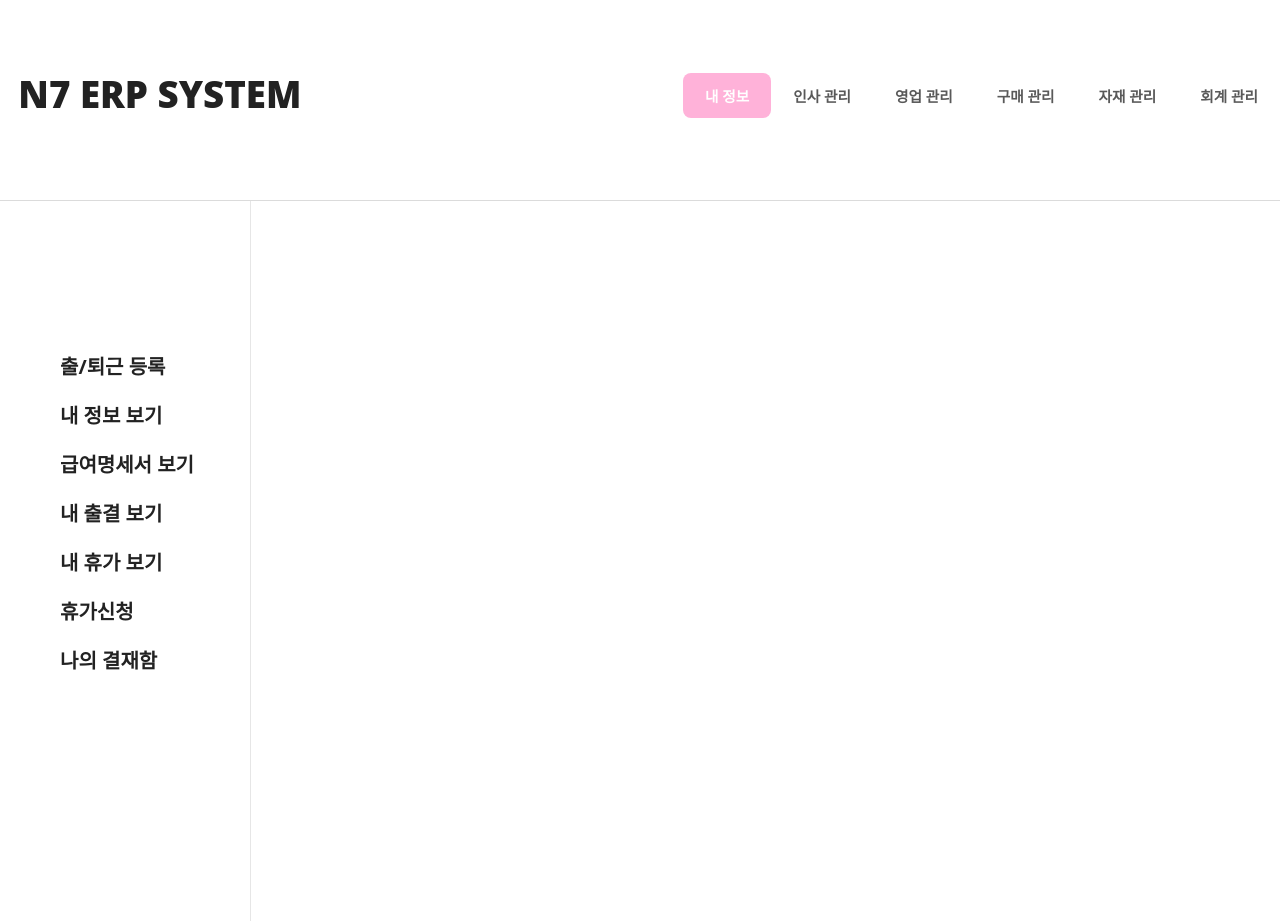
Repository: 100sayung/erpn7
Page: http://localhost/N7_ERPProject/WEB-INF/views/myInfo/myHoliday.jsp
These files come from the project's save history. The page is drawn as it stood at one moment and after the next save; the edit follows.
The browser window is 1280 px wide. The pictures show the whole page.
The page is served by Tomcat 9. Nobody is signed in. Other server files are loaded and not shown. The template is opened directly, without the code that normally fills it, so the values that code supplies are empty.

Above is the page before, as saved 2020-09-17 01:50:26.

### N7_ERPProject/src/main/webapp/WEB-INF/views/myInfo/myHoliday.jsp
<%@ page language="java" contentType="text/html; charset=UTF-8"
	pageEncoding="UTF-8"%>
<%@ taglib uri="http://java.sun.com/jsp/jstl/core" prefix="c"%>
<!DOCTYPE html>
<html lang="en">
<head>
<meta charset="UTF-8">
<title>Document</title>
<script
	src="https://ajax.googleapis.com/ajax/libs/jquery/3.5.1/jquery.min.js"></script>
<link href="/erp/css/default.css" rel="stylesheet" type="text/css"
	media="all" />
<style>
#header {
	width: 100%;
	height: 200px;
}

#side_menu {
	height: 100%;
	width: 250px;
	font-size: 20px;
	font-weight: bolder;
	float: left;
	border-right:1px solid #E6E6E6;
}

#side_menu #menuList {
	list-style: none;
	margin-top: 150px;
}

#side_menu #menuList li {
	margin: 20px;
}

a {
	text-decoration: none;
}

#description {
	float: left;
	height: 100%;
	width: 800px;
}

ul {
	list-style: none;
}
.attendance{
	border: 1px solid black;
}
</style>
</head>
<body>
	<div id="header">
		<div id="logo">
			<h1>
				<a href="#">N7 ERP SYSTEM</a>
			</h1>
		</div>
		<div id="menu">
			<ul>
				<li class="current_page_item"><a href="/erp/myInfo/myInfo" accesskey="4" title="">내 정보</a></li>
				<li><a href="/erp/hr/hr" accesskey="2"
					title="">인사 관리</a></li>
				<li><a href="#" accesskey="3" title="">영업 관리</a></li>
				<li><a href="#" accesskey="5" title="">구매 관리</a></li>
				<li><a href="#" accesskey="6" title="">자재 관리</a></li>
				<li><a href="#">회계 관리</a></li>
			</ul>
		</div>
	</div>
	<div id="side_menu">
		<ul id="menuList">
			<li><a href="/erp/myinfo/checkattendance">출/퇴근 등록</a></li>
			<li><a href="/erp/myinfo/myinfo">내 정보 보기</a></li>
			<li><a href="#">급여명세서 보기</li>
			<li><a href="/erp/myinfo/myattendance">내 출결 보기</a></li>
			<li><a href="/erp/myinfo/myholiday">내 휴가 보기</a></li>
			<li><a href="/erp/myinfo/applyholiday">휴가신청</a></li>
			<li><a href="/erp/myinfo/mydocument">나의 결재함</a></li>
		</ul>
	</div>
	<div id="description"
		사원들 휴가 등록된거 보는 화면임~!

		<table align="center" id="calendar">
			<tr>
				<td><font size=1%; color="#B3B6B3"><label
						onclick="beforem()" id="before"></label></font></td>
				<td colspan="5" align="center" id="yearmonth"></td>
				<td><font size=1%; color="#B3B6B3"><label
						onclick="nextm()" id="next"></label></font></td>
			</tr>
		</table>

		<br>
		<div id="container"></div>

	</div>
	<script>
		var str = "";
		$(document).ready(function() {
		})

		//이 아래로 달력
		var today = new Date(); // 오늘 날짜
		var date = new Date();

		function beforem() //이전 달을 today에 값을 저장
		{
			today = new Date(today.getFullYear(), today.getMonth() - 1, today
					.getDate());
			build(); //만들기
		}

		function nextm() //다음 달을 today에 저장
		{
			today = new Date(today.getFullYear(), today.getMonth() + 1, today
					.getDate());
			build();
		}

		function build() {
			var nMonth = new Date(today.getFullYear(), today.getMonth(), 1); //현재달의 첫째 날
			var lastDate = new Date(today.getFullYear(), today.getMonth() + 1,
					0); //현재 달의 마지막 날
			var tbcal = document.getElementById("calendar"); // 테이블 달력을 만들 테이블
			var yearmonth = document.getElementById("yearmonth"); //  년도와 월 출력할곳
			yearmonth.innerHTML = today.getFullYear() + "년 "
					+ (today.getMonth() + 1) + "월"; //년도와 월 출력

			if (today.getMonth() + 1 == 12) //  눌렀을 때 월이 넘어가는 곳
			{
				before.innerHTML = (today.getMonth()) + "월";
				next.innerHTML = "1월";
			} else if (today.getMonth() + 1 == 1) //  1월 일 때
			{
				before.innerHTML = "12월";
				next.innerHTML = (today.getMonth() + 2) + "월";
			} else //   12월 일 때
			{
				before.innerHTML = (today.getMonth()) + "월";
				next.innerHTML = (today.getMonth() + 2) + "월";
			}

	        // 남은 테이블 줄 삭제
	        while (tbcal.rows.length > 1)
	        {
	            tbcal.deleteRow(tbcal.rows.length - 1);
	        }

			var row = null;
			row = tbcal.insertRow();
			var cnt = 0;
			// 달력 출력
			for (i = 1; i <= lastDate.getDate(); i++) // 1일부터 마지막 일까지
			{
				cell = row.insertCell();
				cell.innerHTML = "<span id="+i+"><a href='javascript:checkMyAt("
						+ i + ")'>" + i + "</a></span>";
				cnt = cnt + 1;
				if (cnt % 7 == 1) {//일요일 계산
					cell.innerHTML = "<span id="+i+"><a href='javascript:checkMyAt("
							+ i
							+ ")'><font color=#FF9090>"
							+ i
							+ "</font></a></span>";//일요일에 색
				}
				if (cnt % 7 == 0) { // 1주일이 7일 이므로 토요일 계산
					cell.innerHTML = "<span id="+i+"><a href='javascript:checkMyAt("
							+ i
							+ ")'><font color=#7ED5E4>"
							+ i
							+ "</font></a></span>";//토요일에 색
				}
				if (today.getFullYear() == date.getFullYear()
						&& today.getMonth() == date.getMonth()
						&& i == date.getDate()) {
					cell.bgColor = "#BCF1B1"; //오늘날짜배경색
				}
			}
			$.ajax({
				url : "/erp/rest/hr/employeeholiday",
				dataType : "json",
				data : {
					yearmonth : $("#yearmonth").html()
				},
				method : "get",
				success : function(data) {
					console.log(data);
					console.log($("#yearmonth").html());
					var month = $("#yearmonth").html().split("월");
					month = month[0].split(" ");
					var year = month[0].substr(0, 4);
					month = month[1];
					if (month < 10) {
						month = "0" + month;
					}
					row = calendar.insertRow();
					for (let k = 0; k < data.length; k++) {
						let startarr = data[k].hap_startday.split("-");
						let startday = "";
						for (let sa = 0; sa < startarr.length; sa++) {
							startday += startarr[sa];
						}
						let endarr = data[k].hap_endday.split("-");
						let endday = "";
						for (let sa = 0; sa < endarr.length; sa++) {
							endday += endarr[sa];
						}
						console.log(startday, endday);
						for (let j = 0; j < cnt + 1; j++) {
							cell = row.insertCell();
							let day = j + 1;
							if (day < 10) {
								day = "0" + day;
							}
							let date = "" + year + month + day;
							if (startday == date) {
								cell.innerHTML = "<-";
							} else if (endday == date) {
								cell.innerHTML = "->";
							} else if (startday < date && date < endday) {
								if(j!=cnt){
									cell.innerHTML = "--";
								}else{
									cell.innerHTML = data[k].m_name;
								}
							} else if (j == cnt) {
								cell.innerHTML = data[k].m_name;
							} else {
								cell.innerHTML = "";
							}
						}
						row = calendar.insertRow();
					}
					str = data[0].hap_type;
				},
				error : function(err) {
					console.log(err);
				}
			});
		}

		$("#showMenu1").hover(function() {
			$("#smallMenu1").attr("style", "display:inline-block");
		}, function() {
			console.log(str);
			$("#smallMenu1").attr("style", "display:none");
		});
		$("#showMenu2").hover(function() {
			$("#smallMenu2").attr("style", "display:inline-block");
		}, function() {
			$("#smallMenu2").attr("style", "display:none");
		});
		$("#showMenu3").hover(function() {
			$("#smallMenu3").attr("style", "display:inline-block");
		}, function() {
			$("#smallMenu3").attr("style", "display:none");
		});
	</script>
</body>
</html>

Loaded but not shown: N7_ERPProject/src/main/webapp/css/default.css (865 lines, source omitted)

After the next save:
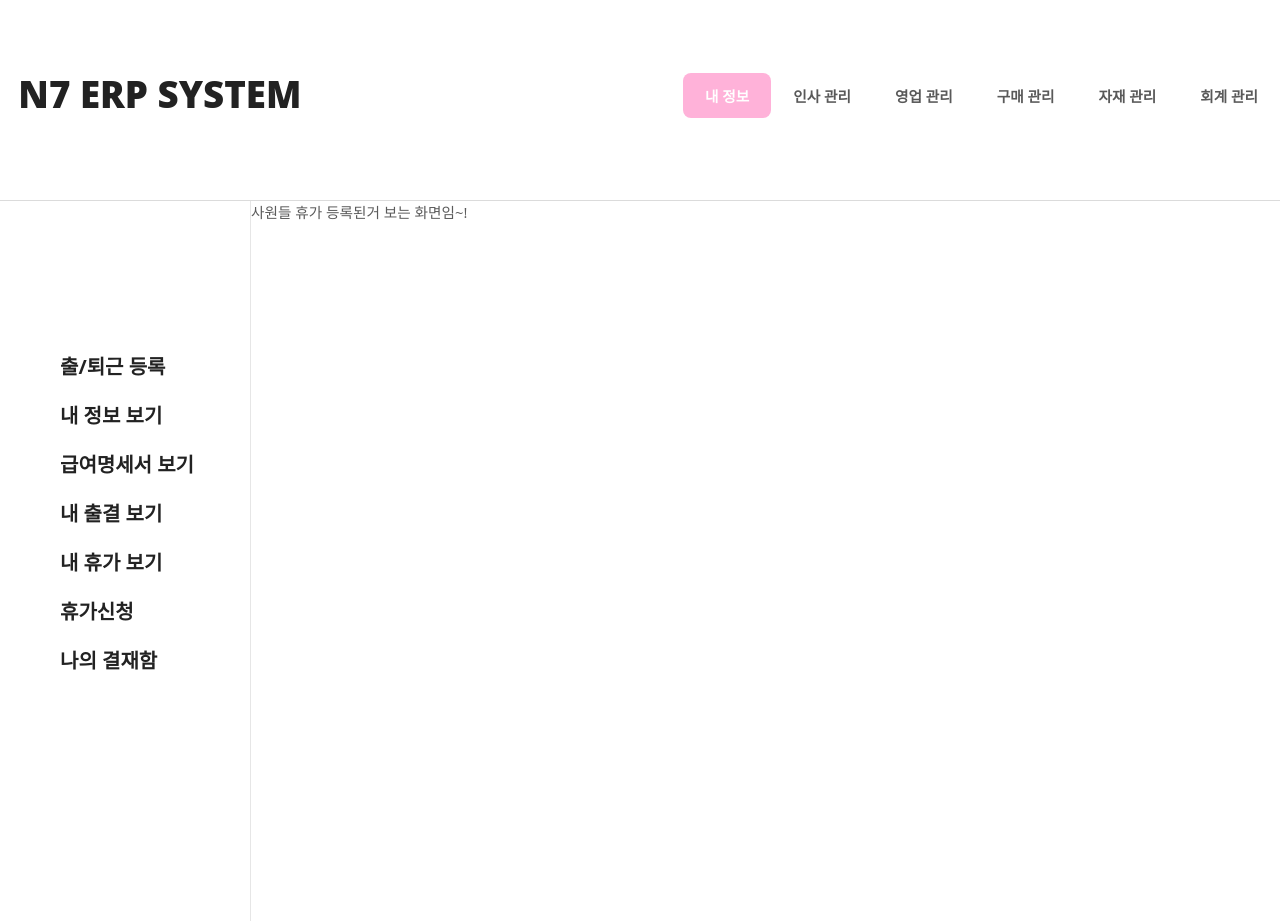
Saved 13 s later.
--- a/N7_ERPProject/src/main/webapp/WEB-INF/views/myInfo/myHoliday.jsp
+++ b/N7_ERPProject/src/main/webapp/WEB-INF/views/myInfo/myHoliday.jsp
@@ -82,7 +82,7 @@ ul {
 			<li><a href="/erp/myinfo/mydocument">나의 결재함</a></li>
 		</ul>
 	</div>
-	<div id="description"
+	<div id="description">
 		사원들 휴가 등록된거 보는 화면임~!
 
 		<table align="center" id="calendar">
